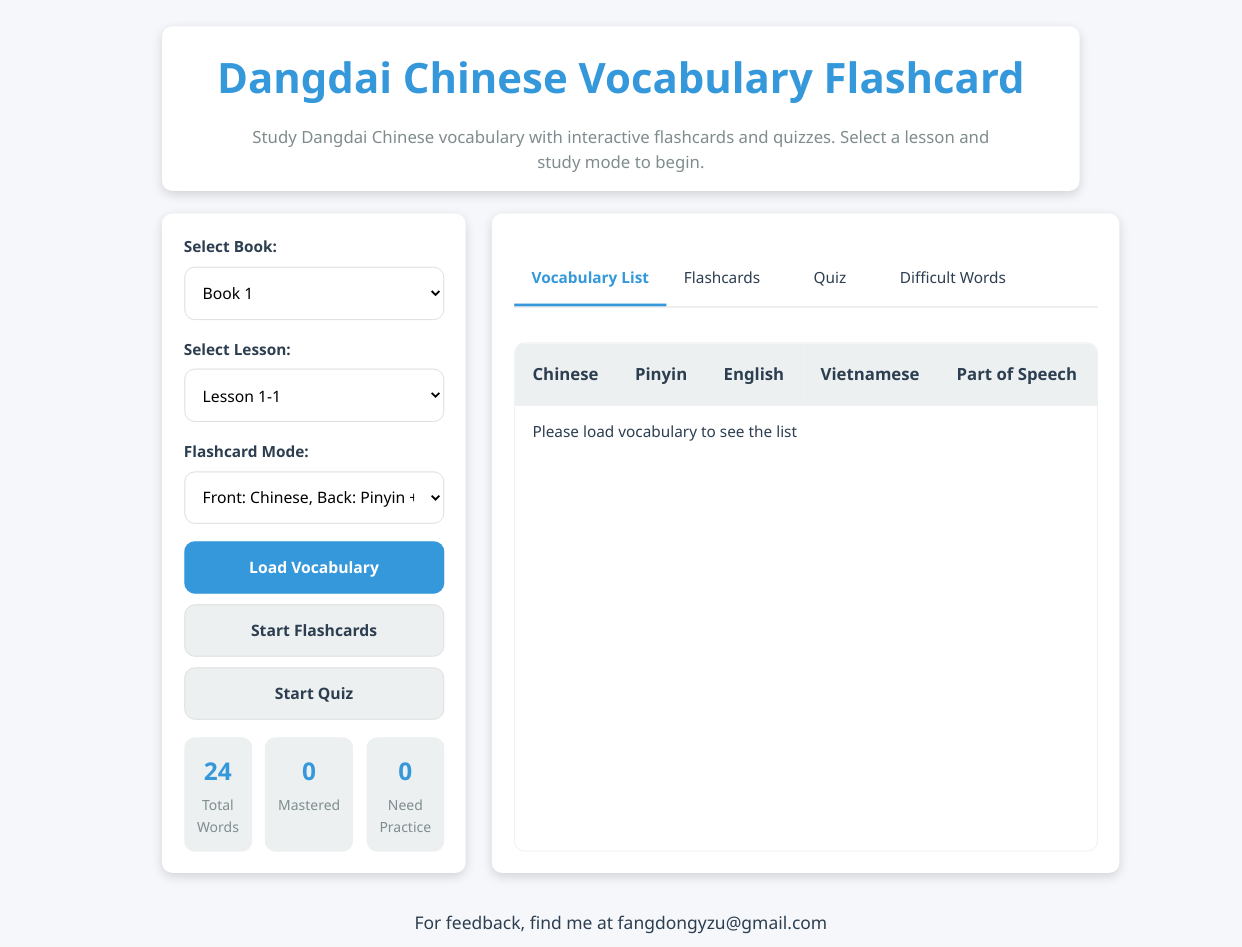
Repository: fangdongyzu/dangdaiflashcards
Page: index.html
The author's editor kept a copy of each file at every save. The page is drawn from the files as they stood at one save, then again after the next save.
The browser window is 1280 px wide. The pictures show the whole page, at 97% of full size.

Above is the page before, as saved 2025-11-23 10:50:28.

After the next save:
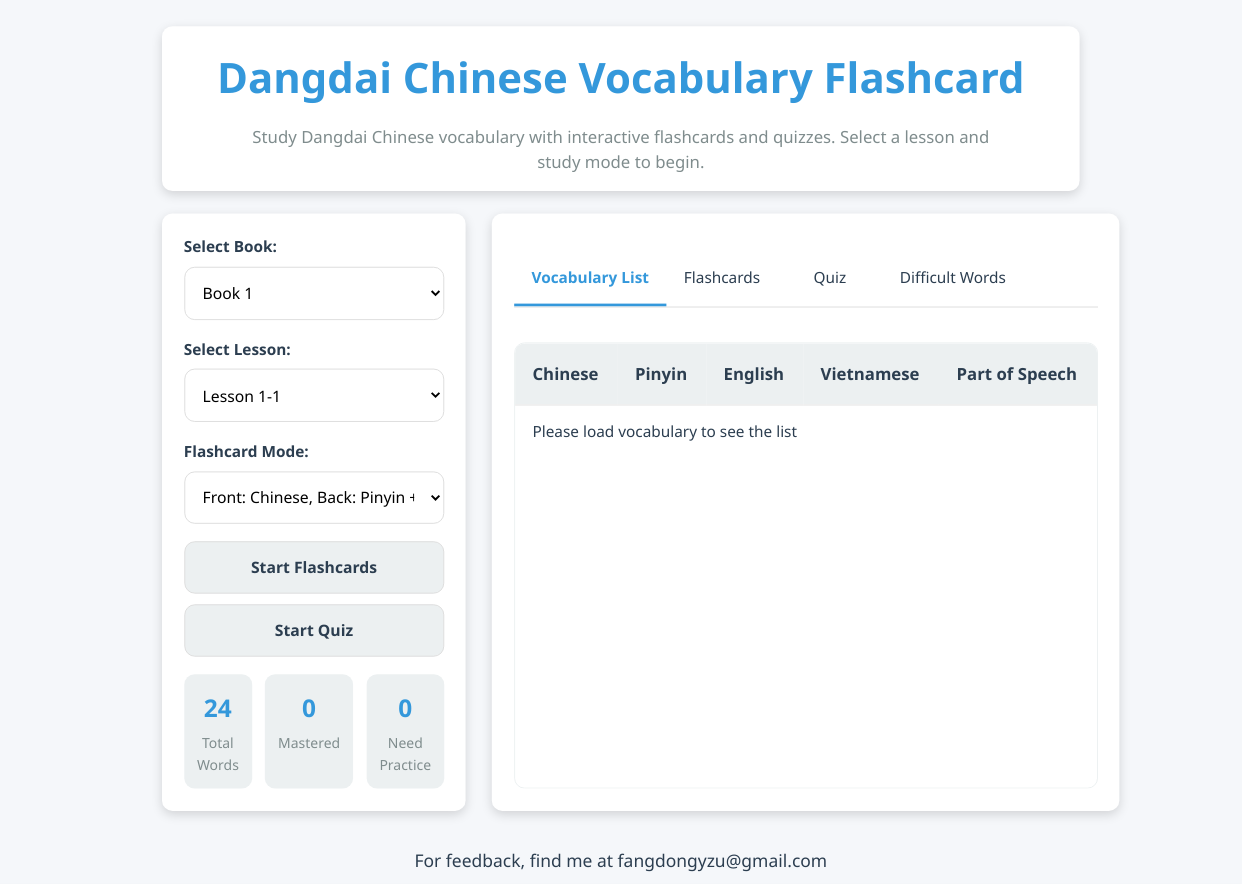
Saved 11 min 20 s later.
--- a/index.html
+++ b/index.html
@@ -48,7 +48,6 @@
                 </div>
 
                 <div class="button-group">
-                    <button id="load-vocab-btn" class="btn primary">Load Vocabulary</button>
                     <button id="start-flashcards-btn" class="btn secondary">Start Flashcards</button>
                     <button id="start-quiz-btn" class="btn secondary">Start Quiz</button>
                 </div>
